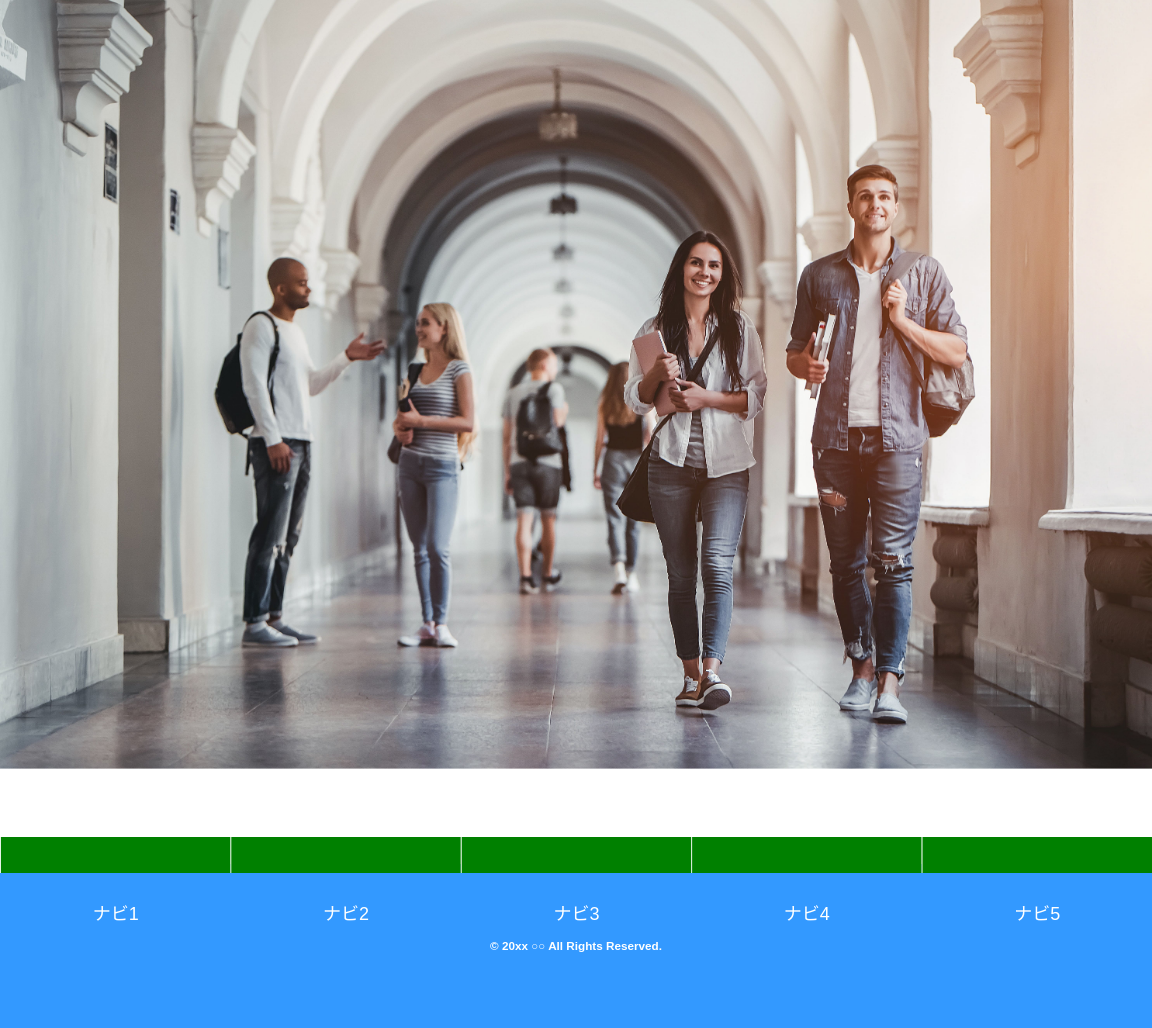
Repository: IzIzKen/samurai_HTML-CSS
Page: HTML CSSを学びWebプログラミングの第一歩を踏み出そう/9章 ナビゲーションの実装/home.html
The author's editor kept a record of every edit. The page is drawn from the files as they stood at one moment, then again after the next edit.
The browser window is 1280 px wide. The pictures show the whole page, at 90% of full size.

Above is the page before.

After the next edit:
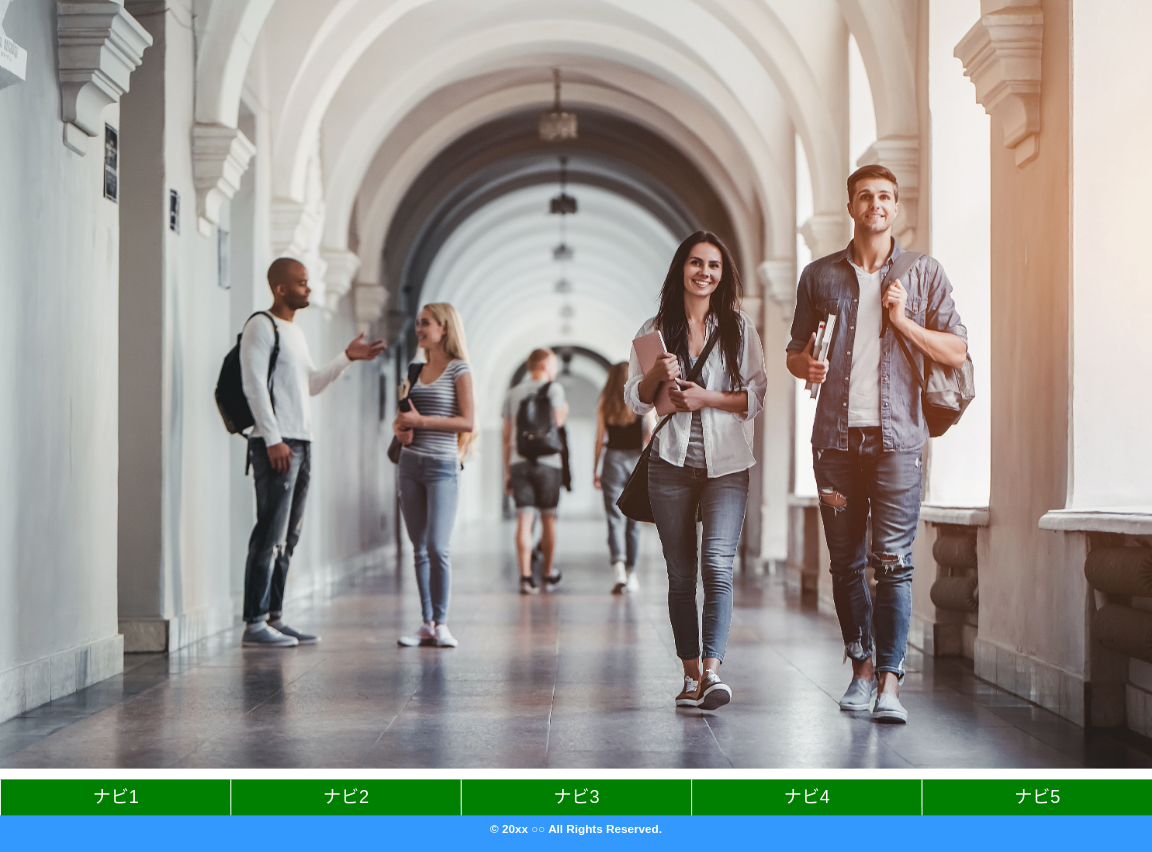
The edit:
--- a/HTML CSSを学びWebプログラミングの第一歩を踏み出そう/9章 ナビゲーションの実装/stylesheet.css
+++ b/HTML CSSを学びWebプログラミングの第一歩を踏み出そう/9章 ナビゲーションの実装/stylesheet.css
@@ -6,7 +6,7 @@
     font-family: "ヒラギノ角ゴ Pro W3", "Hiragino Kaku Gothic Pro", "メイリオ", Meiryo, Osaka, "ＭＳ Ｐゴシック", "MS PGothic", sans-serif;
     color: #333;
     font-size: 13px;
-    line-height: 150px;
+    line-height: 150%;
 }
 
 /* -------------------- wrapper -------------------- */
